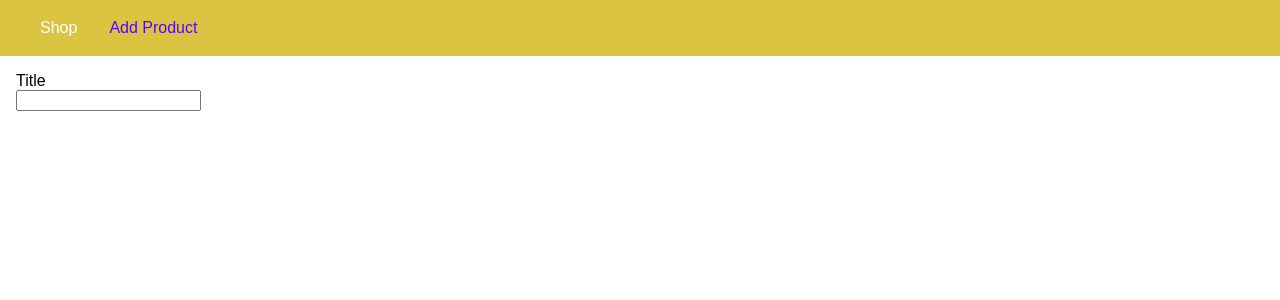
Repository: Hardyy00/NodeJS
Page: http://localhost/add-products
These files come from the project's save history. The page is drawn as it stood at one moment and after the next save; the edit follows.
The browser window is 1280 px wide. The pictures show the whole page.
The page is served by the project's Node server (app.js). Other server files are loaded and not shown.

Above is the page before, as saved 2024-01-06 16:00:20.

### Dynamic-Routes-And-Advanced-Models/views/add-product.html
<!DOCTYPE html>
<html lang="en">
  <head>
    <meta charset="UTF-8" />
    <meta name="viewport" content="width=device-width, initial-scale=1.0" />
    <title>Add Product</title>

    <style>
      body {
        margin: 0;
        padding: 0;
        font-family: sans-serif;
      }

      main {
        padding: 1rem;
      }
      .main-header {
        width: 100;
        height: 3.5rem;
        background-color: #dbc441;
        padding: 0 1.5rem;
      }

      .main-header__nav {
        height: 100%;
        display: flex;
        align-items: center;
      }

      .main-header__item__list {
        list-style: none;
        margin: 0;
        padding: 0;
        display: flex;
      }

      .main-header__item {
        margin: 0 1rem;
        padding: 0;
      }

      .main-header__item a {
        text-decoration: none;
        color: white;
      }

      .main-header__item a:hover,
      .main-header__item a:active,
      .main-header__item a.active {
        color: #6200ff;
      }

      .form-control label,
      .form-control input {
        display: block;
      }
    </style>
  </head>
  <body>
    <header class="main-header">
      <nav class="main-header__nav">
        <ul class="main-header__item__list">
          <li class="main-header__item"><a href="/">Shop</a></li>
          <li class="main-header__item">
            <a href="/add-products" class="active">Add Product</a>
          </li>
        </ul>
      </nav>
    </header>
    <main>
      <form action="/add-products" method="POST">
        <div class="form-control">
          <label for="title"> Title </label>

          <input type="text" name="title" id="title" />
        </div>
      </form>
    </main>
  </body>
</html>

### Dynamic-Routes-And-Advanced-Models/app.js
const express = require("express");
const app = express();
const path = require("path");

const adminRoutes = require("./routes/adminRoutes");
const shopRoutes = require("./routes/shopRoutes");

app.use(express.urlencoded({ extended: false }));
// or
// app.use(bodyParser.urlencoded({extended: false}))

app.use(adminRoutes);
app.use(shopRoutes);

app.get("*", (req, res) => {
  // __dirname will give : path to current directory , here it is root folder
  res.status(404).sendFile(path.join(__dirname, "views", "error-page.html"));
});

app.listen(8080, (err) => {
  if (err) console.log(err);
  else console.log(`Local server at http://localhost:8080`);
});

### Dynamic-Routes-And-Advanced-Models/routes/adminRoutes.js
const express = require("express");
const router = express.Router();
const path = require("path");

const rootDir = require("../util/path");

router.get("/add-products", (req, res, next) => {
  res.sendFile(path.join(rootDir, "views", "add-product.html"));
  //   next(); // allows the request to continue to the next middleware
});

router.post("/product", (req, res) => {
  //   const { title } = req.body;
  console.log(req.body);
  res.redirect("/");
});

module.exports = router;

Loaded but not shown: Dynamic-Routes-And-Advanced-Models/util/path.js (common file)

After the next save:
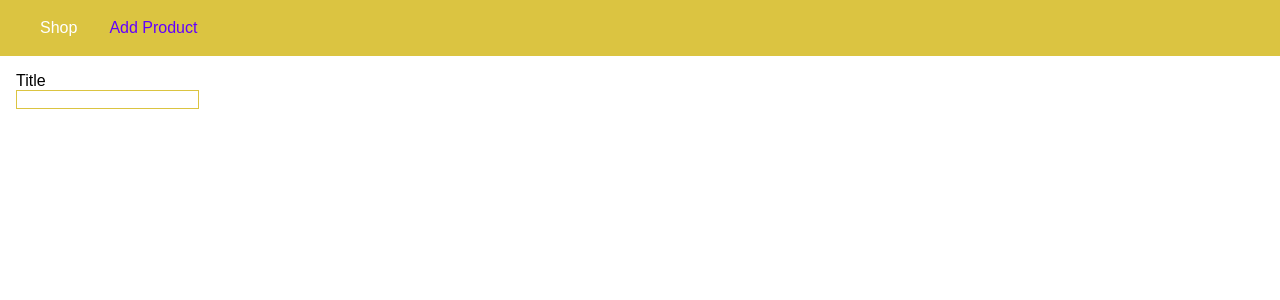
Saved 21 s later.
--- a/Dynamic-Routes-And-Advanced-Models/views/add-product.html
+++ b/Dynamic-Routes-And-Advanced-Models/views/add-product.html
@@ -55,6 +55,10 @@
       .form-control input {
         display: block;
       }
+
+      .form-control input {
+        border: 1px solid #dbc441;
+      }
     </style>
   </head>
   <body>
